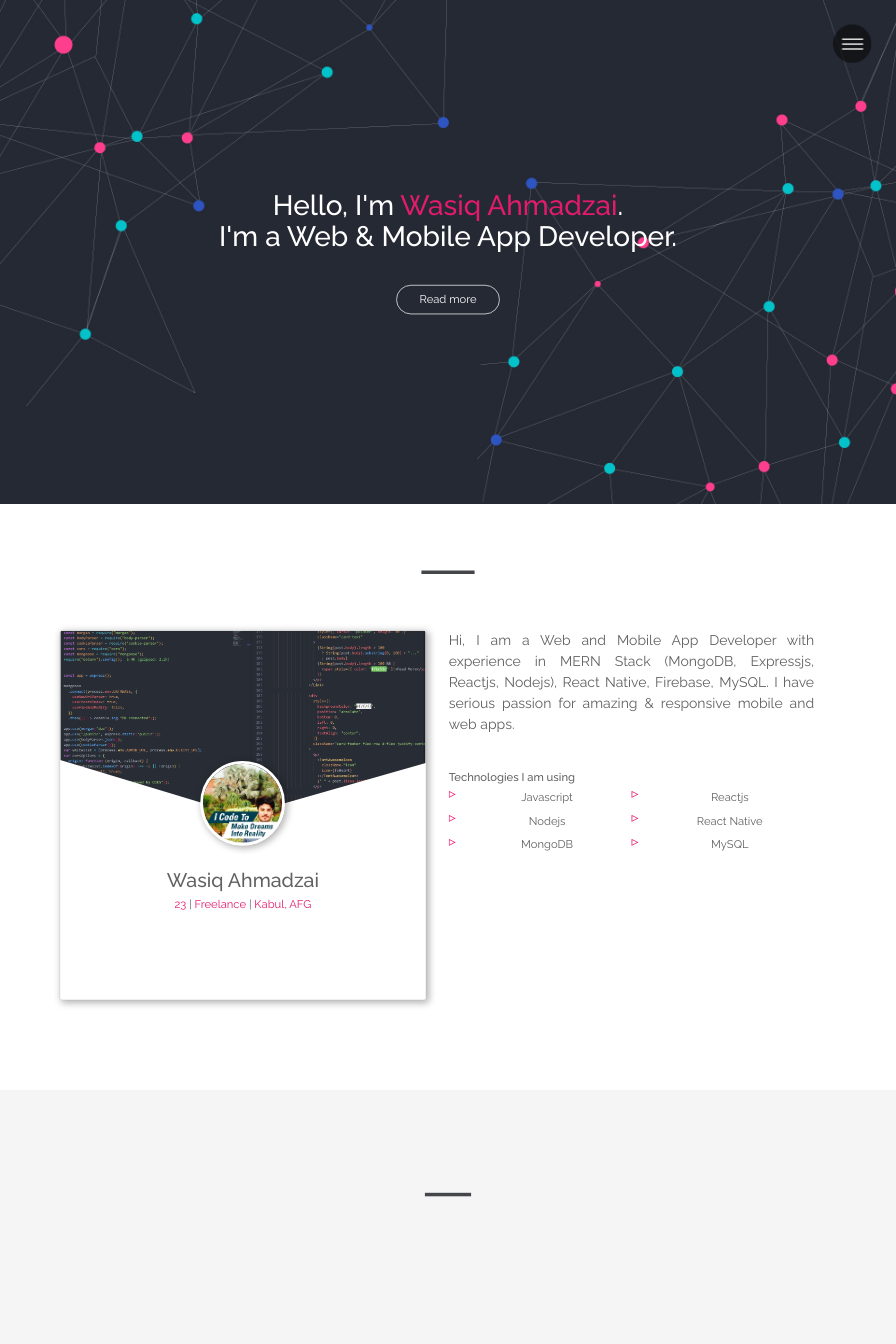
Repository: wasiqkhan/wasiqkhan.github.io
Page: index.html
An editor plug-in stored every save of this project. The page is shown before and after the next save, followed by the edit.
The browser window is 1280 px wide. The pictures show the part of the page from y = 0 to 1920 px (the page is 5002 px tall), at 70% of full size.
Some web fonts or font styles are not loaded; a fallback is used.

Above is the page before, as saved 2020-11-06 17:29:06.
Not found: js/all.js
Not found: js/app.js
Not found: js/particles.js

After the next save:
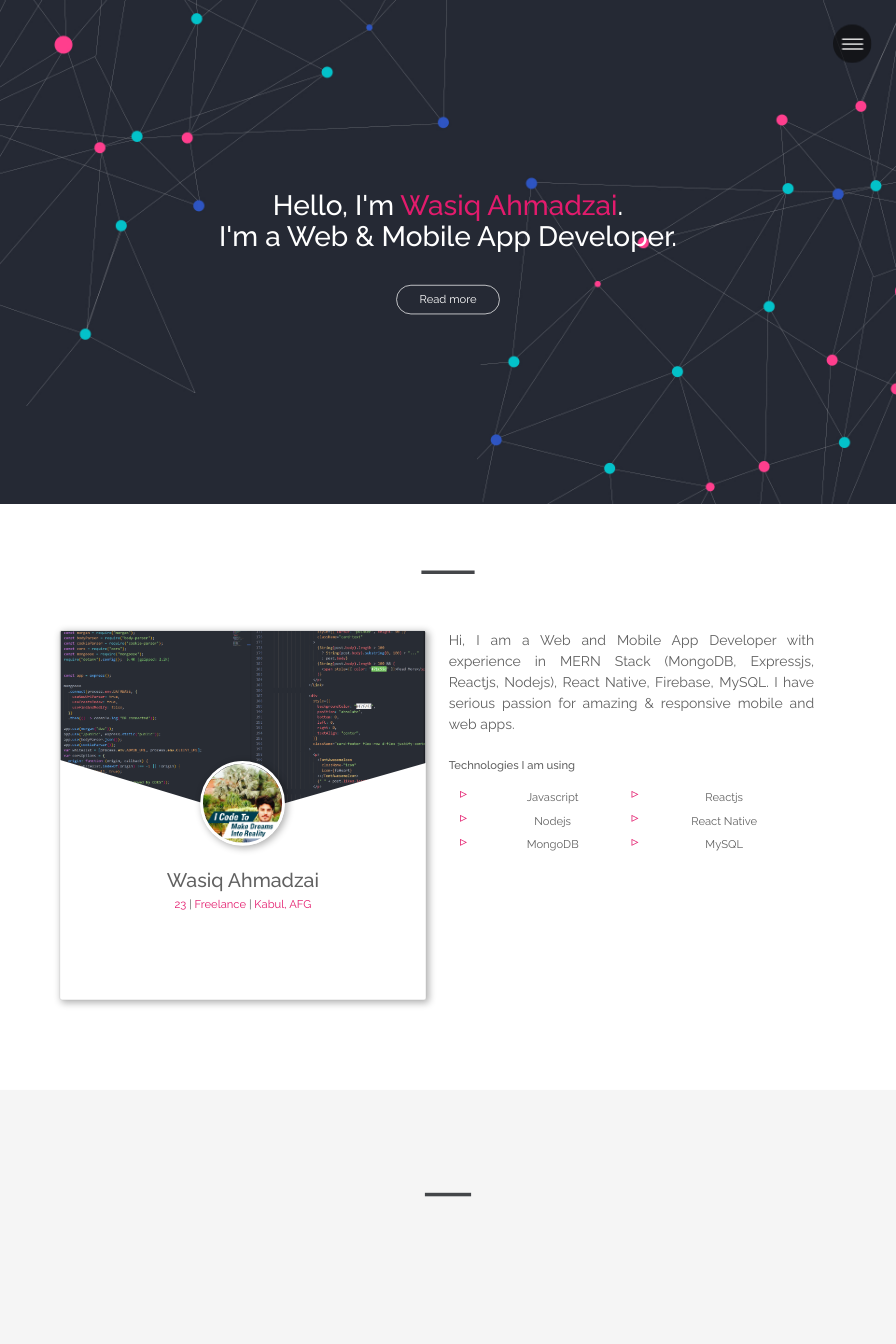
Saved 35 s later.
--- a/index.html
+++ b/index.html
@@ -147,6 +147,7 @@
 
         </div>
         <h6 style="text-align:left">Technologies I am using</h6>
+        <div class="service-items">
         <ul class="skill-set">
           <li>Javascript</li>
           <li>Reactjs</li>
@@ -155,6 +156,7 @@
           <li>MongoDB</li>
           <li>MySQL</li>
         </ul>
+      </div>
         <!-- <div class="service-items flex-wrap" style="padding: 0 0">
             <div class="item fun-facts" style="margin-right: 10px ;background: #252934">
               <div>
